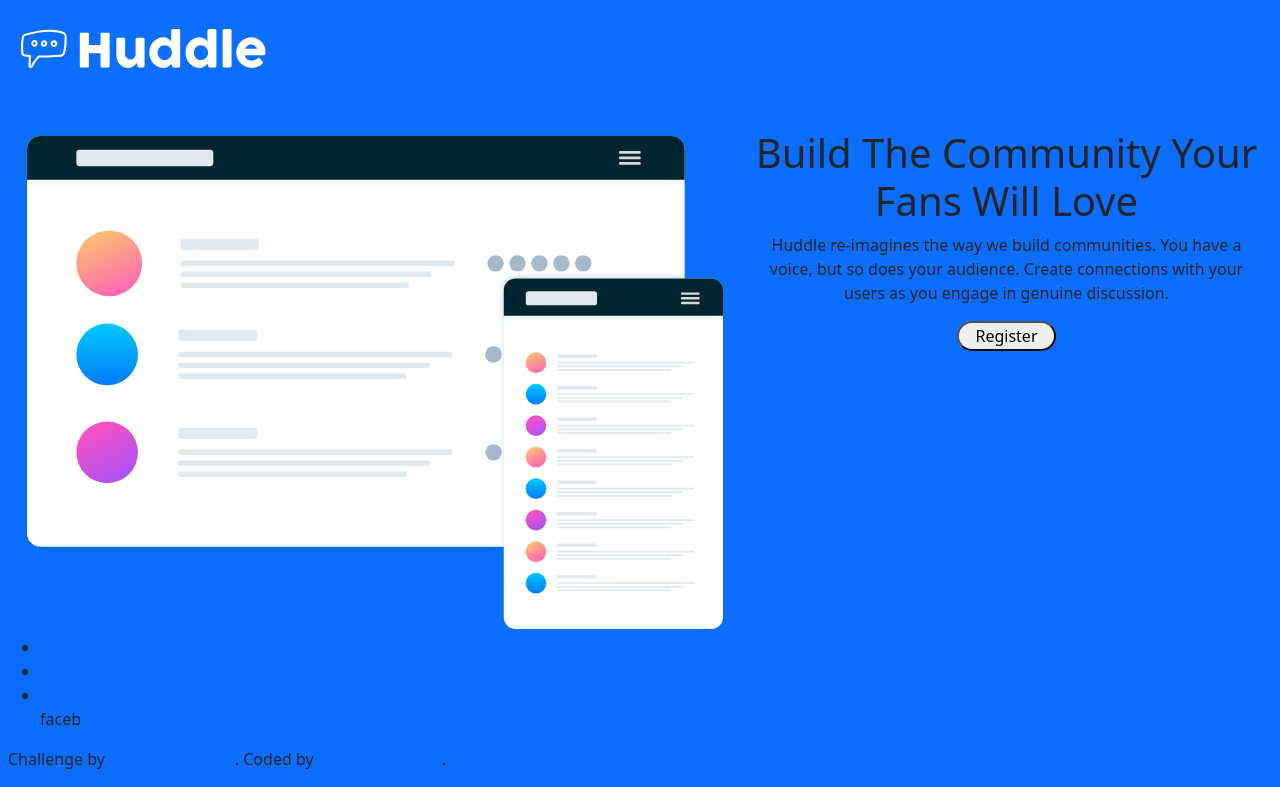
Repository: blordeus/huddle-landing-page-with-single-introductory-section-master
Page: index.html
An editor plug-in stored every save of this project. The page is shown before and after the next save, followed by the edit.
The browser window is 1280 px wide. The pictures show the whole page.

Above is the page before, as saved 2023-08-31 19:24:13.

After the next save:
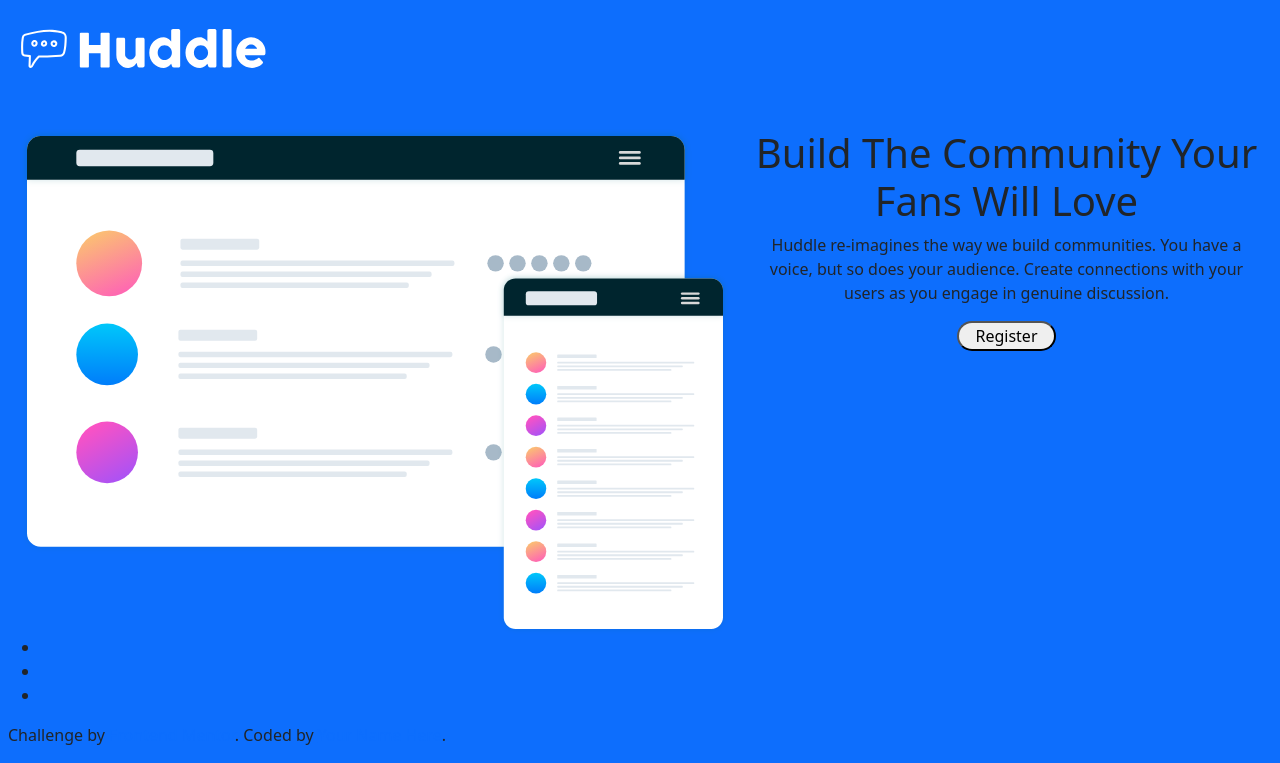
Saved 4 s later.
--- a/index.html
+++ b/index.html
@@ -37,7 +37,6 @@
       <li><i class="fas fa-facebook    "></i></li>
       <li><i class="fas fa-twitter    "></i></li>
       <li><i class="fas fa-instagram  "></i></li>
-      faceb
     </ul>
   </div>
 
